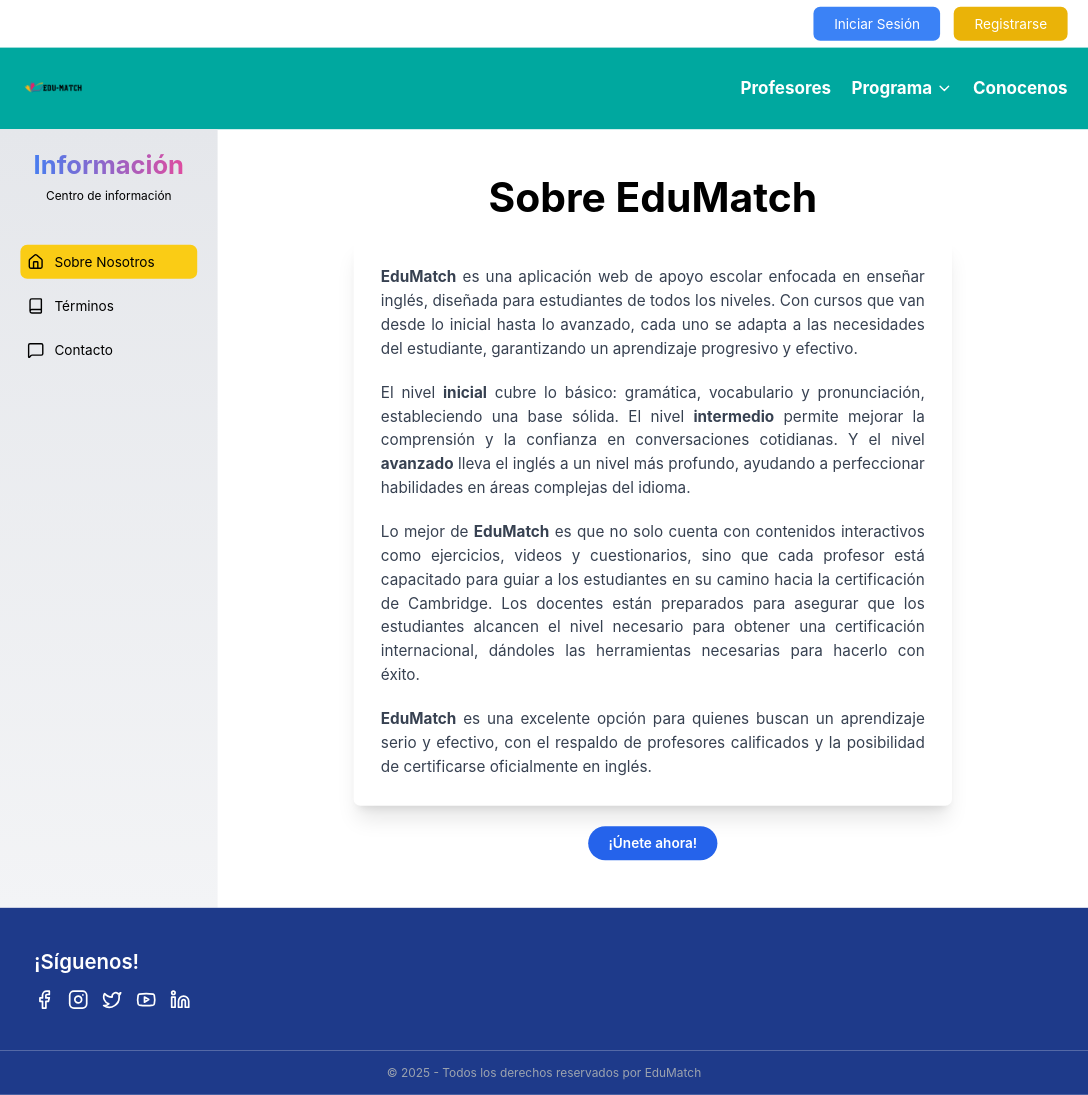
Repository: sofikalpin/EduMatch
Page: /informacion (app in frontend-sistema-apoyo/frontend-sistema-apoyo/)
An editor plug-in stored every save of this project. The page is shown before and after the next save, followed by the edit.
The browser window is 1280 px wide. The pictures show the whole page, at 85% of full size.
The project was rebuilt for these pictures with package versions that can differ from the ones it lists, and the page was loaded fresh each time. Also part of the build but not shown: frontend-sistema-apoyo/frontend-sistema-apoyo/src/componentes/inicio/ProgramDropdown.js, frontend-sistema-apoyo/frontend-sistema-apoyo/src/componentes/inicio/Inicio.js, frontend-sistema-apoyo/frontend-sistema-apoyo/src/componentes/login/Login.css, frontend-sistema-apoyo/frontend-sistema-apoyo/src/componentes/login/LoginUtils.js, frontend-sistema-apoyo/frontend-sistema-apoyo/src/componentes/login/Login.js, frontend-sistema-apoyo/frontend-sistema-apoyo/src/componentes/registrar/Registrar.css, frontend-sistema-apoyo/frontend-sistema-apoyo/src/componentes/registrar/Registrar.js, frontend-sistema-apoyo/frontend-sistema-apoyo/src/componentes/perfil/Perfil.js and 4 more.

Above is the page before, as saved 2025-01-28 15:03:15.

After the next save:
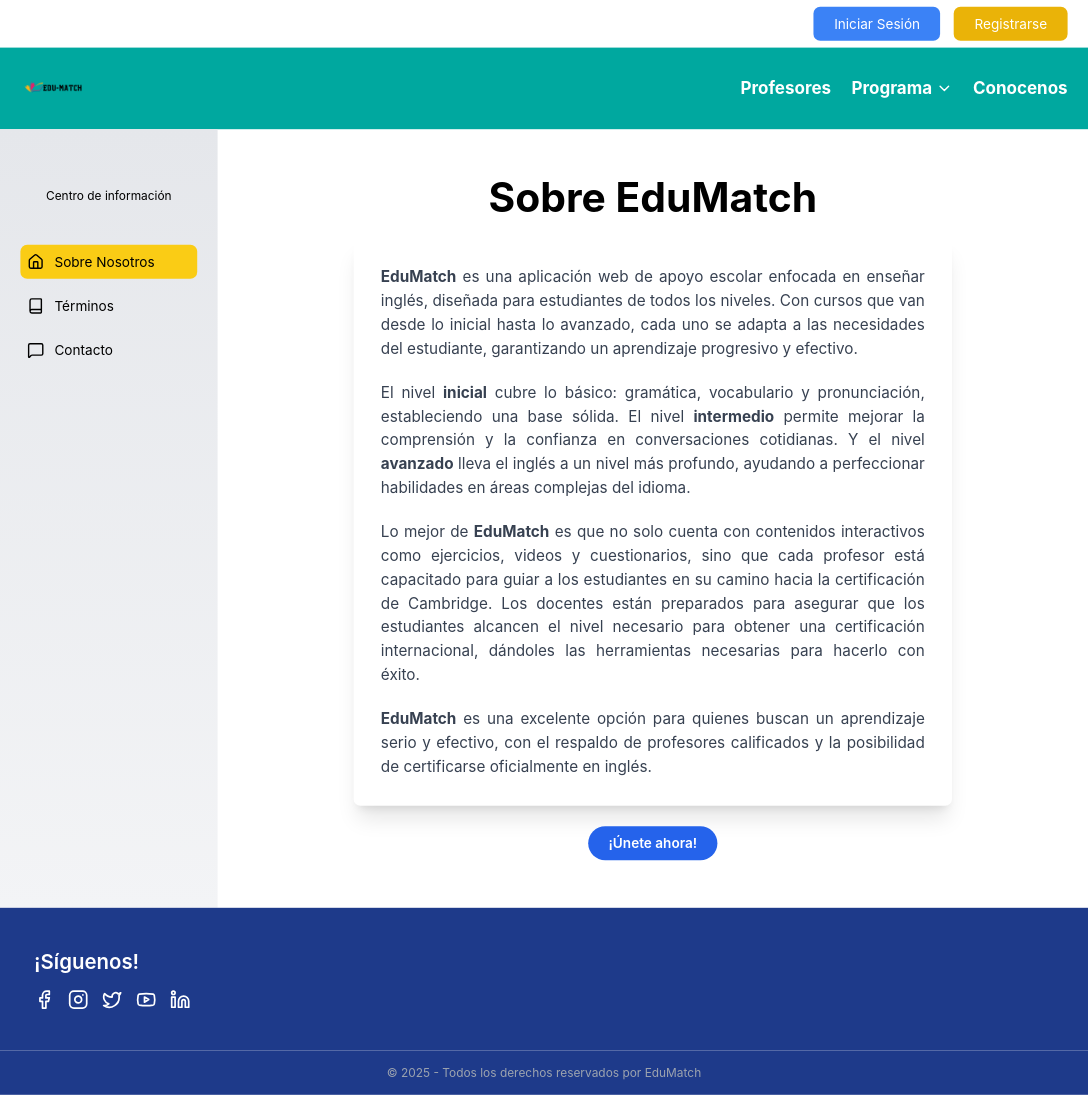
Saved 12 s later.
--- a/frontend-sistema-apoyo/frontend-sistema-apoyo/src/componentes/inicio/Informacion.js
+++ b/frontend-sistema-apoyo/frontend-sistema-apoyo/src/componentes/inicio/Informacion.js
@@ -172,7 +172,7 @@ const TerminosYCondiciones = () => (
 const Navigation = ({ currentPage, setCurrentPage }) => (
   <nav className="w-64 bg-gradient-to-b from-gray-200 to-gray-100 p-6">
     <div className="mb-12">
-      <h2 className="text-3xl font-bold text-transparent bg-clip-text text-center bg-gradient-to-r from-blue-500 to-pink-500">
+      <h2 className="text-3xl font-bold text-transparent bg-clip-text text-center text-gray-900">
         Información
       </h2>
       <p className="text-black-400 text-sm mt-2">Centro de información</p>
